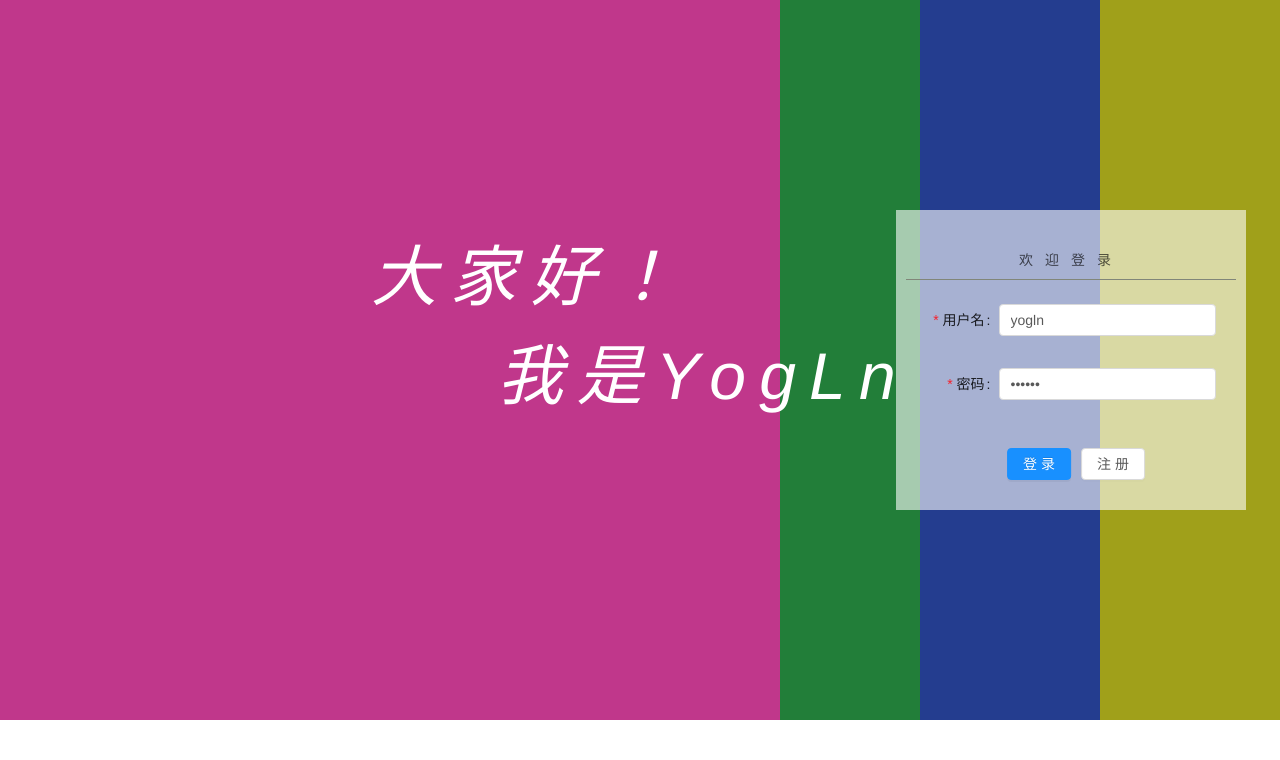
Repository: YogLn/theory-fre
Page: /register
An editor plug-in stored every save of this project. The page is shown before and after the next save, followed by the edit.
The browser window is 1280 px wide. The pictures show the whole page.
The project was rebuilt for these pictures with package versions that can differ from the ones it lists, and the page was loaded fresh each time.

Above is the page before, as saved 2021-07-22 16:45:48.

After the next save:
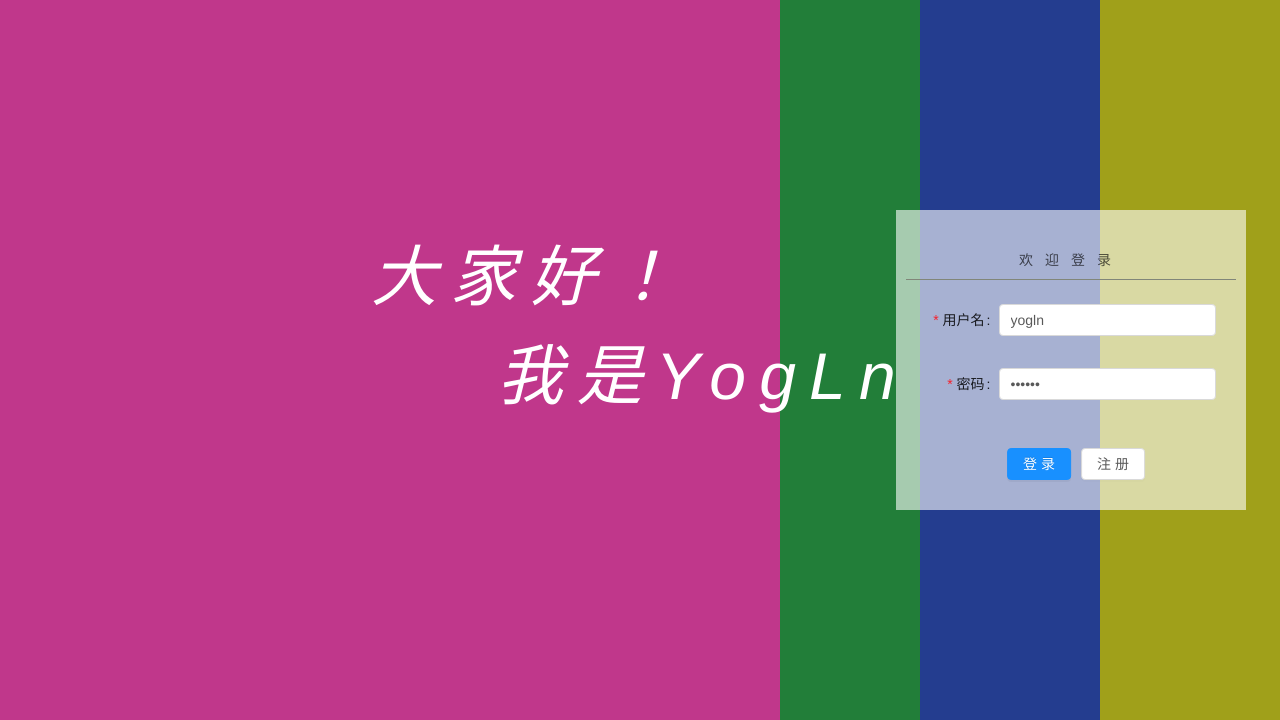
Saved 7 s later.
--- a/src/App.vue
+++ b/src/App.vue
@@ -12,7 +12,6 @@ body,
   font-family: 'Helvetica Neue', Helvetica, 'PingFang SC', 'Hiragino Sans GB',
     'Microsoft YaHei', '微软雅黑', Arial, sans-serif;
   // background: url('./assets/img/home.jpg') no-repeat center;
-  min-height: 760px;
   background-attachment: fixed;
   background-size: 100% 100%;
 }
